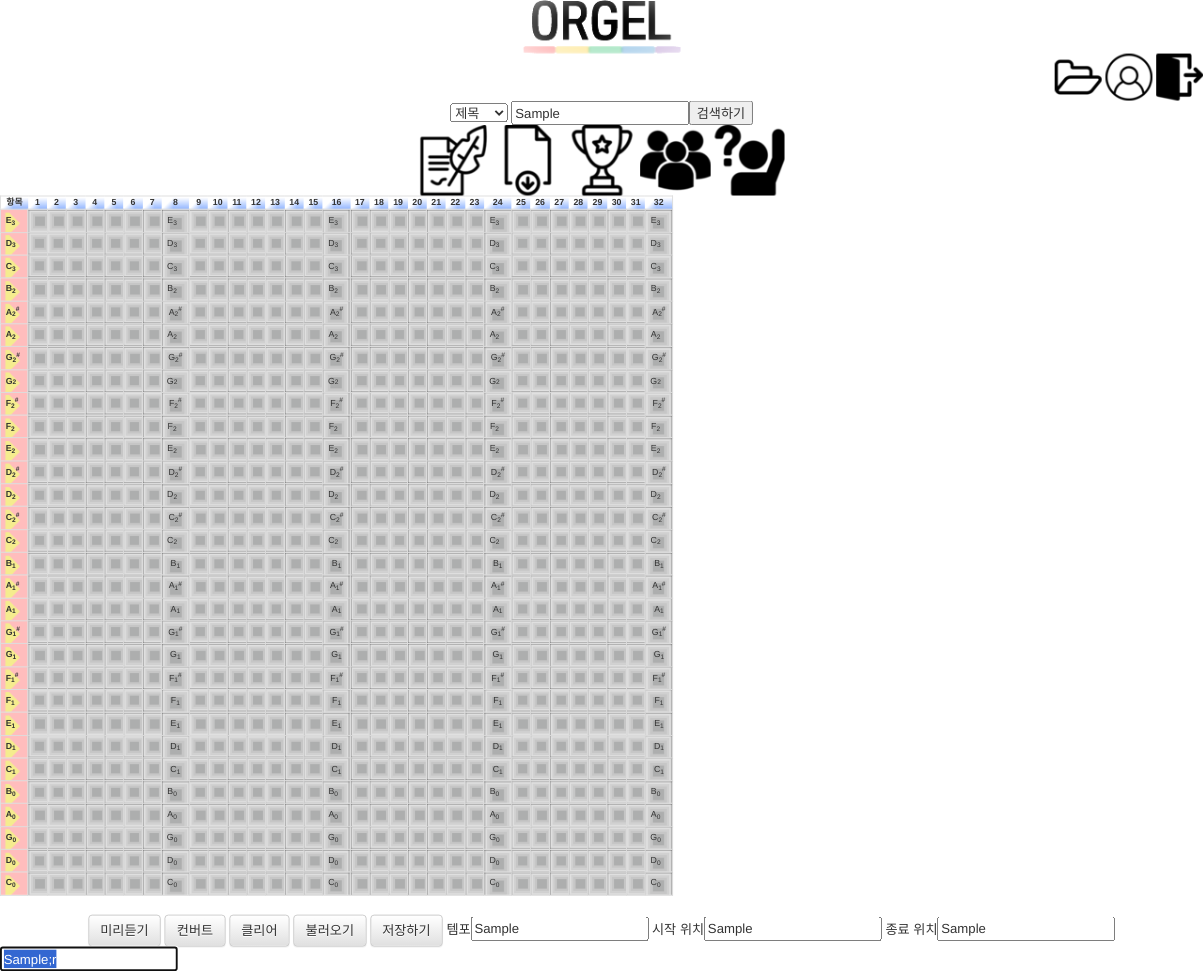
Repository: 2018YoungJinCollege-Com-3WDJ-3Group/WebCode
Page: http://localhost/main/create
The author's editor kept a record of every edit. The page is drawn from the files as they stood at one moment, then again after the next edit.
The browser window is 1280 px wide. The pictures show the whole page, at 94% of full size.
Empty fields were first filled with sample values (such as "Sample", 5 or name@example.com).
After loading, the first visible `#button_convert` was clicked once.
The page is served by the project's Laravel application, run on PHP 8.4 with Laravel 8.

Above is the page before.
Console error (its wording comes from the project's code and is left out).

After the next edit:
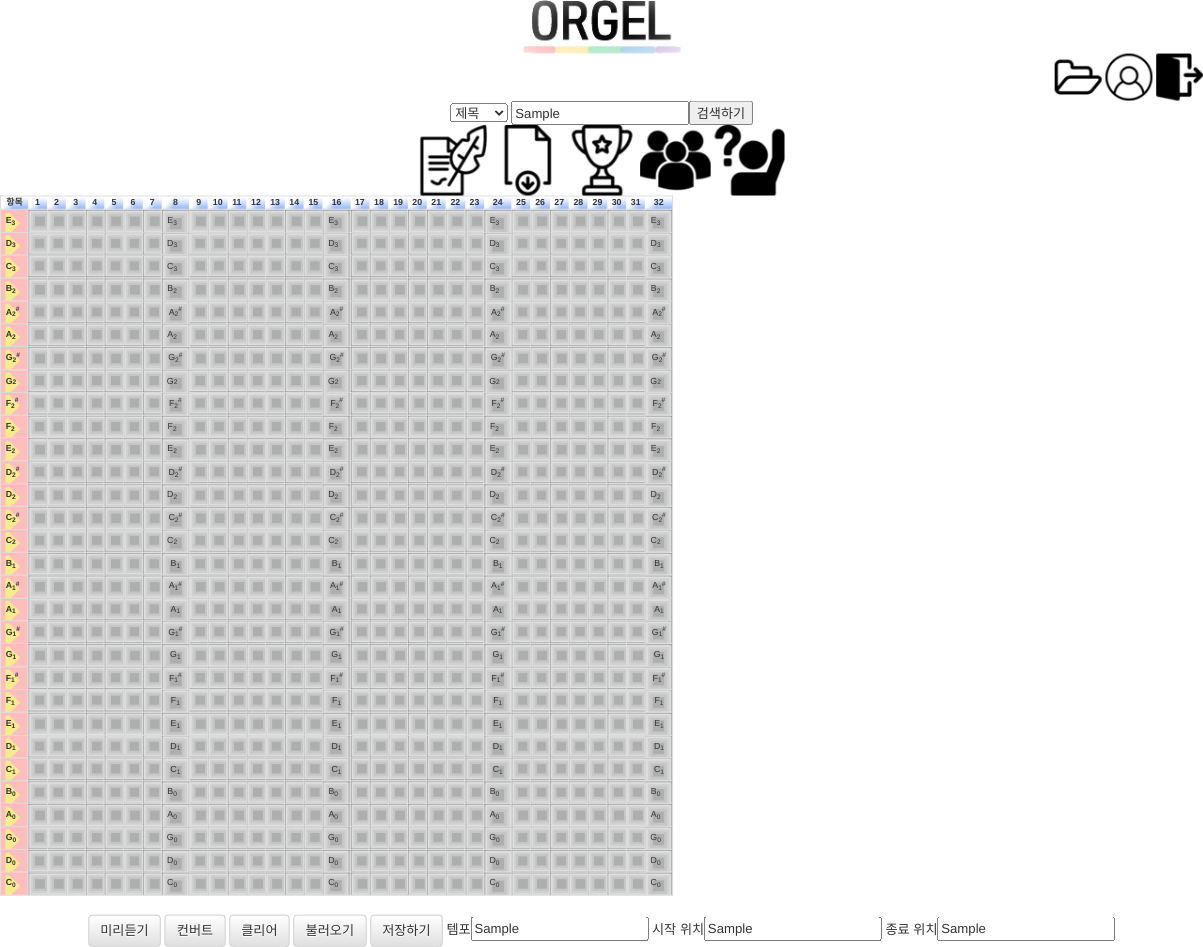
The edit:
--- a/project_0321/resources/views/main/create.blade.php
+++ b/project_0321/resources/views/main/create.blade.php
@@ -334,7 +334,7 @@
         temp.value = melodyString;
         temp.select();
         document.execCommand('copy');
-        // temp.remove(this);
+        temp.remove (this);
 
 
 
